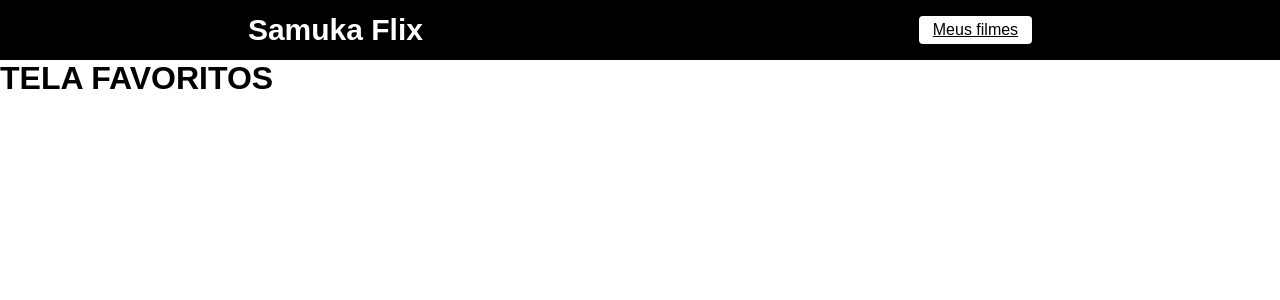
Repository: devsamuel23/primeflix_git
Page: /favoritos
These files come from the project's save history. The page is drawn as it stood at one moment and after a run of saves; the edit follows.
The browser window is 1280 px wide. The pictures show the whole page.
The project was rebuilt for these pictures with package versions that can differ from the ones it lists, and the page was loaded fresh each time. Also part of the build but not shown: src/pages/Home/home.css, src/pages/Home/index.js, src/pages/Favoritos/favoritos.css, src/services/api.js, src/pages/Filme/filme-info.css, src/pages/Filme/index.js, src/pages/Erro/Erro.css, src/pages/Erro/index.js.

Above is the page before, as saved 2023-05-22 14:14:42.

After the next 2 saves:
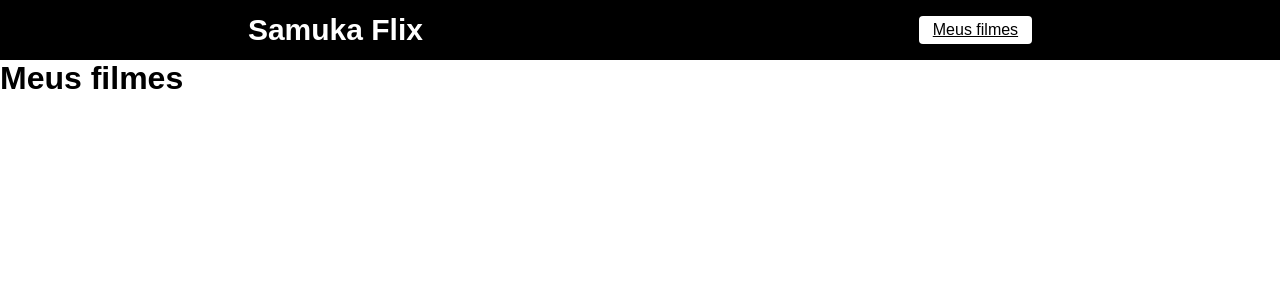
The 2 saves are shown as one change because they came seconds apart.
The last was saved 9 s later.
--- a/src/pages/Favoritos/index.js
+++ b/src/pages/Favoritos/index.js
@@ -16,7 +16,7 @@ function Favoritos(){
 
     return(
         <div>
-            <h1>TELA FAVORITOS</h1>
+            <h1>Meus filmes</h1>
         </div>
     )
 }
